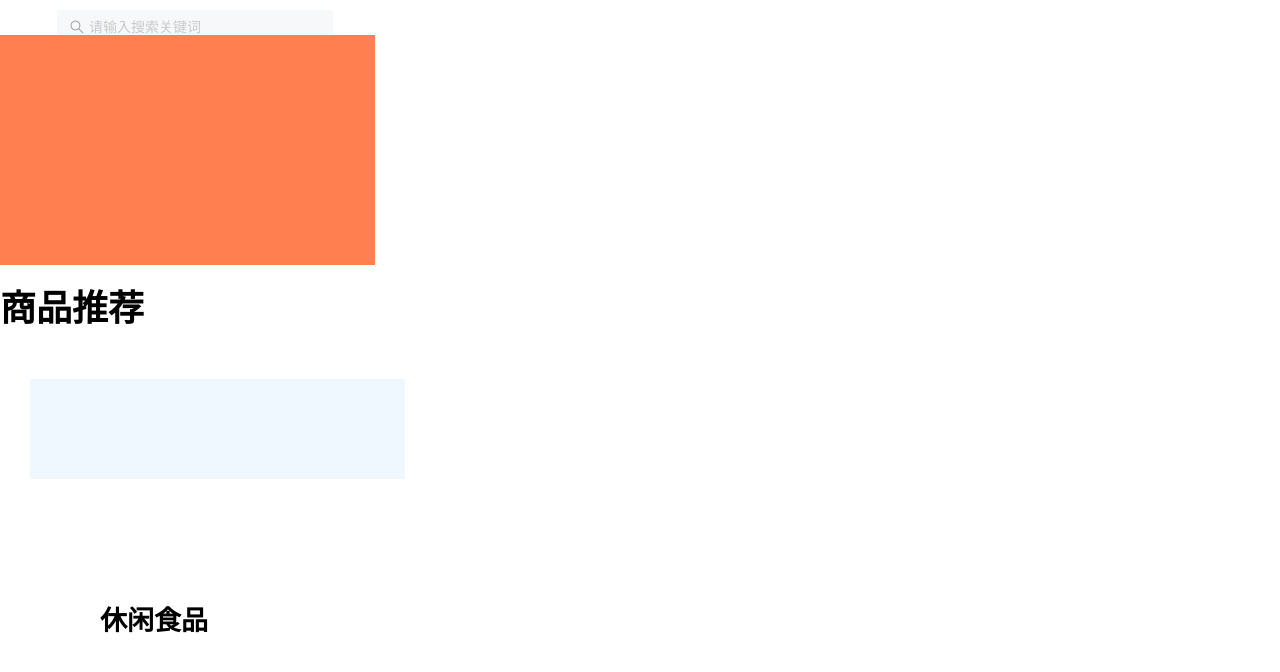
Repository: liyang777777/shangcheng
Page: /
These files come from the project's save history. The page is drawn as it stood at one moment and after the next save; the edit follows.
The browser window is 1280 px wide. The pictures show the whole page.
The page's requests for data from a server got no answer. The project was rebuilt for these pictures with package versions that can differ from the ones it lists, and the page was loaded fresh each time. No one was signed in, and anything a server would have sent is missing. Also part of the build but not shown: vue.config.js. Imported but missing from the stored project, and not drawn on this page: src/views/About.

Above is the page before, as saved 2020-06-23 14:58:12.

After the next save:
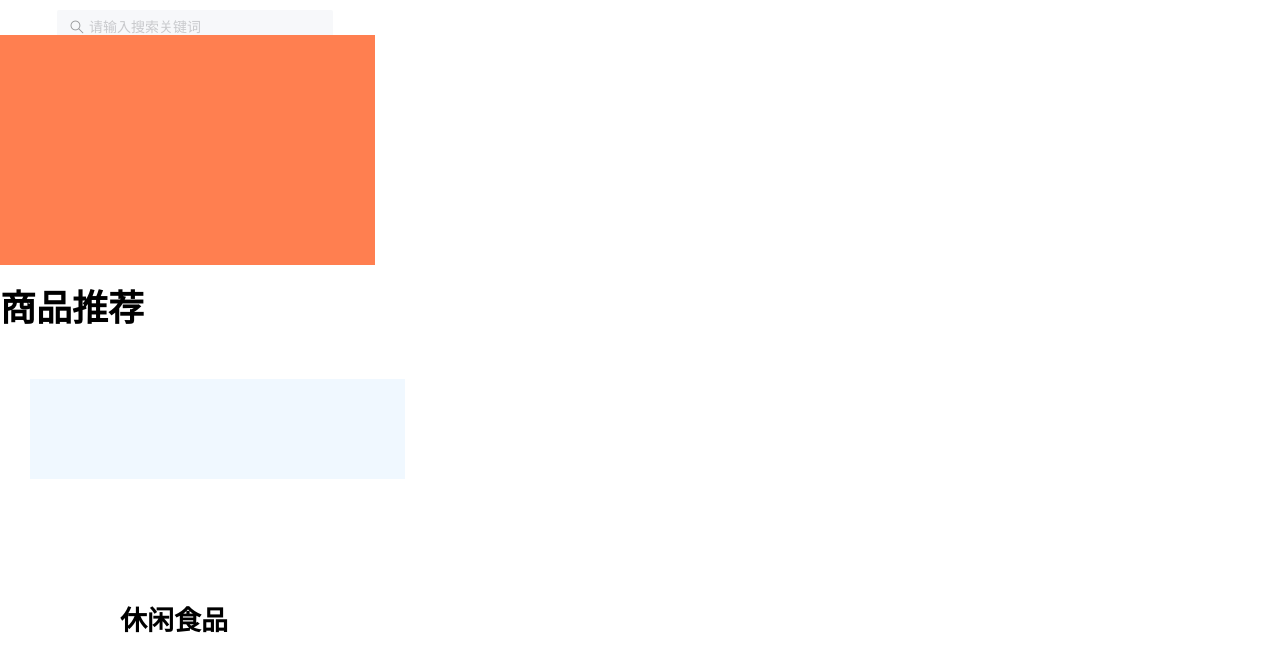
Saved 8 s later.
--- a/src/components/Prre.vue
+++ b/src/components/Prre.vue
@@ -74,6 +74,6 @@ export default {
   height: 100px;
   font-size: 18px;
   margin-top: 120px;
-  margin-left: 100px;
+  margin-left: 120px;
 }
 </style>
